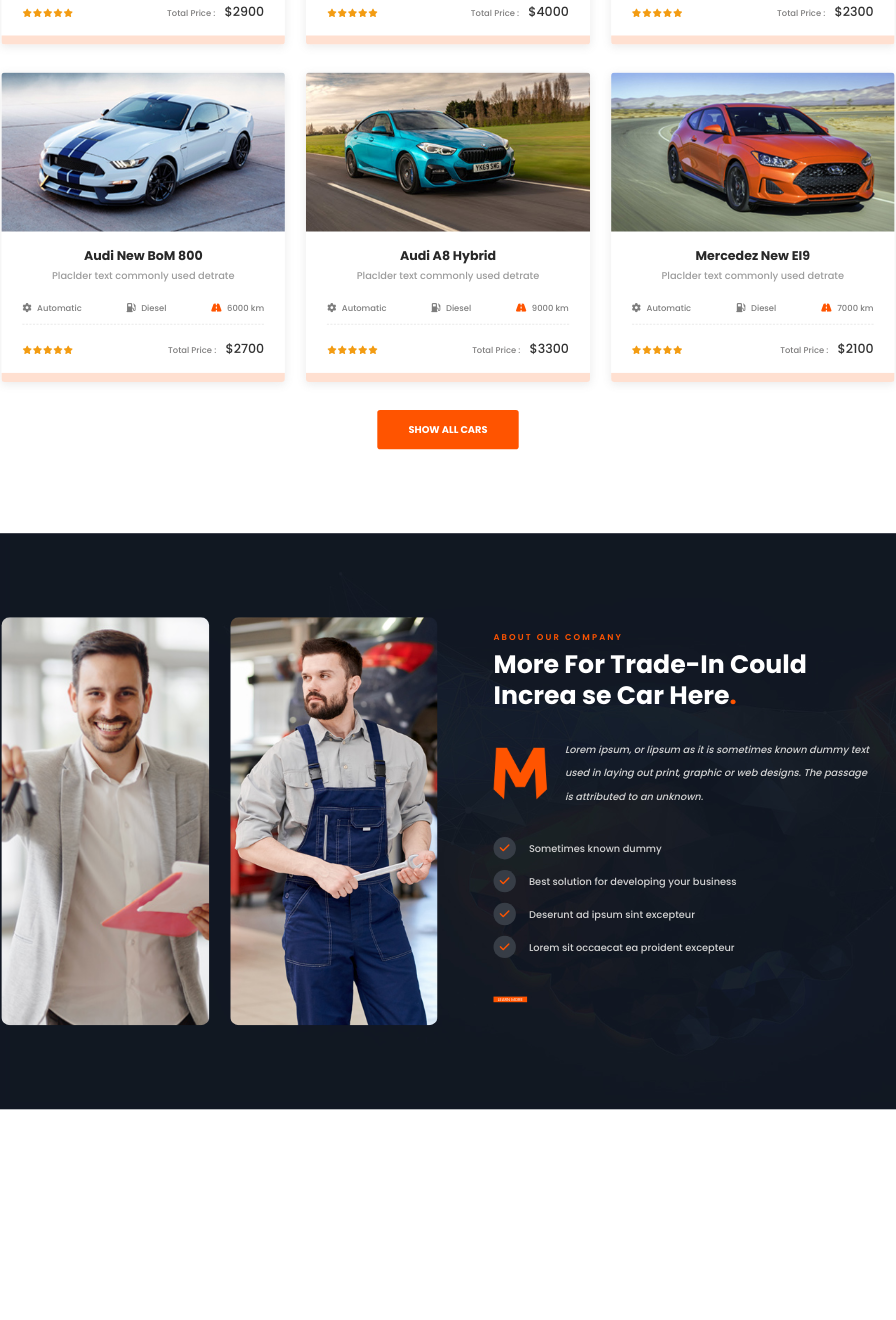
Repository: thanhdinh01/shopcar
Page: index.html
The author's editor kept a copy of each file at every save. The page is drawn from the files as they stood at one save, then again after the next save.
The browser window is 1280 px wide. The pictures show the part of the page from y = 2174 to 4094 px (the page is 4059 px tall before and 4094 px after), at 70% of full size.
Some web libraries are served in a nearby version. The style sheet was rebuilt from its Sass, Less or Tailwind sources for each picture, by a compiler version that may differ from the author's.

Above is the page before, as saved 2022-08-17 21:13:14.

After the next save:
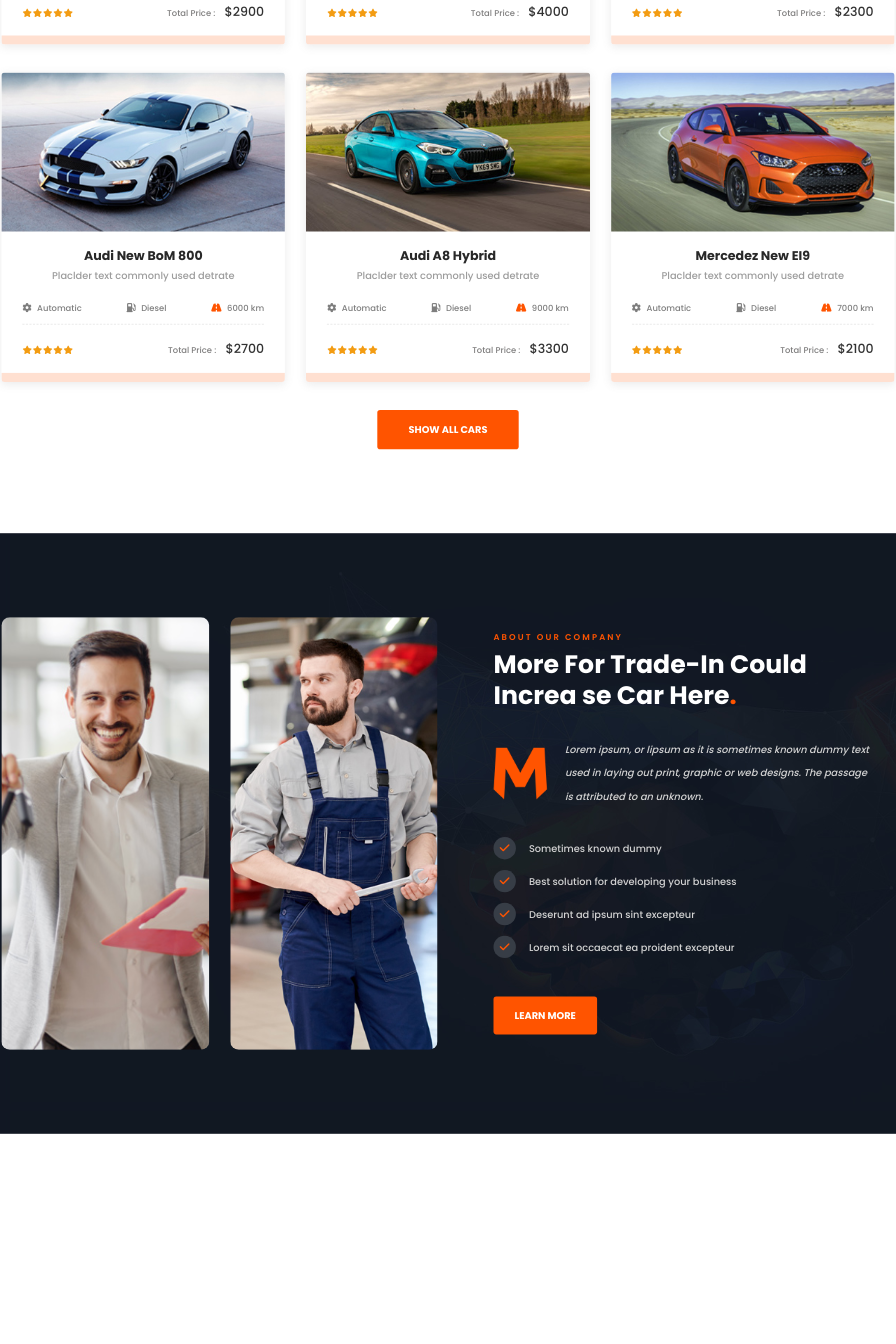
Saved 4 min 45 s later.
--- a/css/_about-area.scss
+++ b/css/_about-area.scss
@@ -87,6 +87,12 @@
             }
           }
         }
+        .btn-about-area {
+          font-size: 1.4rem;
+          font-weight: 700;
+          padding: 20px 30px;
+          border-radius: 4px;
+        }
       }
     }
   }
